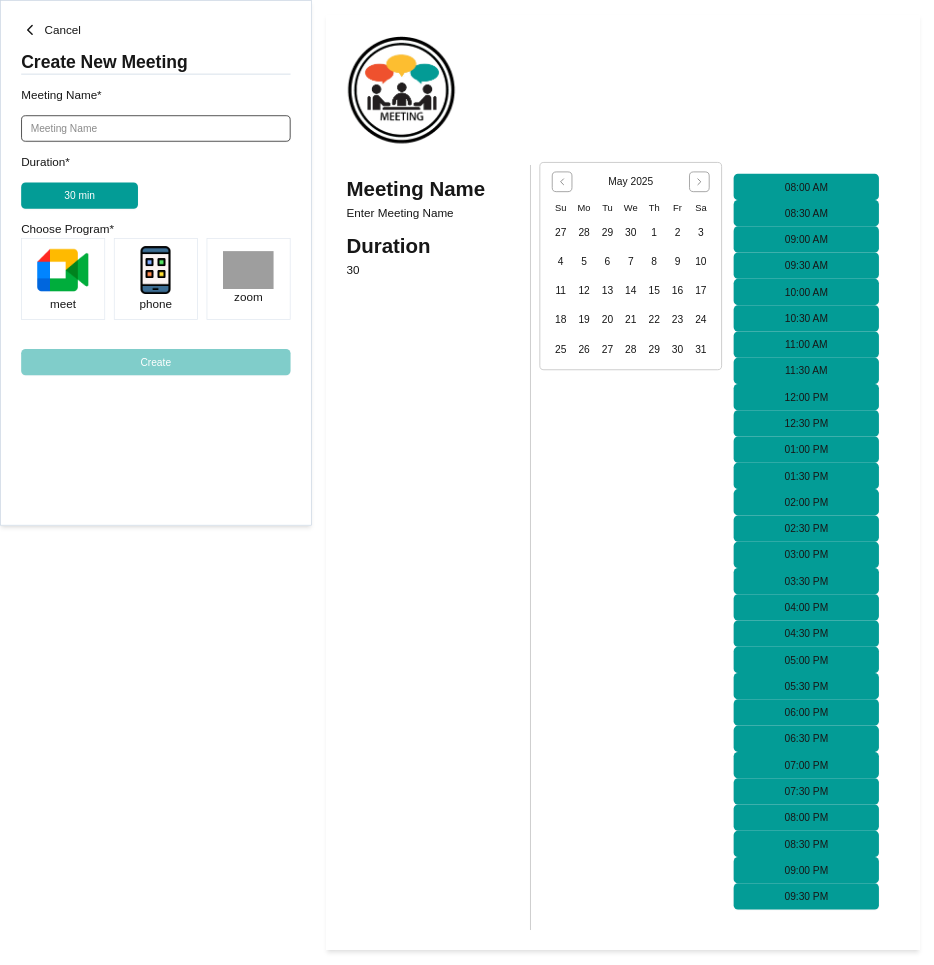
Repository: walaa-horani/scheduleMeetingNextjs
Page: /create-meeting
An editor plug-in stored every save of this project. The page is shown before and after a run of saves, followed by the edit.
The browser window is 1280 px wide. The pictures show the whole page, at 73% of full size.
Pictures or frames that could not be fetched are drawn as grey boxes. The project was rebuilt for these pictures with package versions that can differ from the ones it lists, and the page was loaded fresh each time. The framework's server and built-in components were replaced by stand-ins that run in the browser. Also part of the build but not shown: next.config.mjs.

Above is the page before, as saved 2025-05-28 21:58:47.

### app/layout.js
import { Inter, JetBrains_Mono } from "next/font/google";
import "./globals.css";

const inter = Inter({
  variable: "--font-sans",
  subsets: ["latin"],
});

const jetbrains = JetBrains_Mono({
  variable: "--font-mono",
  subsets: ["latin"],
});
export const metadata = {
  title: "Create Next App",
  description: "Generated by create next app",
};

export default function RootLayout({ children }) {
  return (
    <html lang="en">
      <body
        className={`${inter.variable} ${inter.variable} antialiased`}
      >
        {children}
      </body>
    </html>
  );
}

### app/(routes)/create-meeting/page.js
"use client"
import React, { useState } from 'react'
  import MeetingForm from './_components/MeetingForm'
import PreviewMeeting from './PreviewMeeting'
function CreateMeeting() {

      const [formValue,setFormValue] = useState()





  return (
    <div className='grid md:grid-cols-3 grid-cols-1'>

<div className=' p-3 shadow-md border border-slate-300 h-screen'>

          <MeetingForm setFormValue={setFormValue}/>
        </div>

        <div className='col-span-2'>
        <PreviewMeeting formValue={formValue}/>
        </div>
    </div>
  )
}

export default CreateMeeting

### app/(routes)/create-meeting/_components/MeetingForm.js
"use client"
import { ChevronLeft } from 'lucide-react'
import React, { useEffect, useState } from 'react'
import { Input } from '@/components/ui/input'
import { Button } from '@/components/ui/button'
import porgrams from '../../_utils/program'
import Image from 'next/image'
import {
  DropdownMenu,
  DropdownMenuContent,
  DropdownMenuItem,
  DropdownMenuLabel,
  DropdownMenuSeparator,
  DropdownMenuTrigger,
} from "@/components/ui/dropdown-menu"
import Link from 'next/link'

function MeetingForm({setFormValue}) {

    const [program,setProgram]= useState()
    const [meetingName,setMeeting] = useState()
    const [duration,setDuration] = useState(30)

    const [programsURL,setProgramsURL] = useState()



    useEffect(()=>{
      setFormValue({
        program:program,
        meetingName:meetingName,
        duration:duration,
        programsURL:programsURL

      })
    },[program,meetingName,duration,programsURL])





  return (
    <div className='p-4  '>
       <Link className='cursor-pointer' href={"/dashboard"}> <h1 className='flex gap-2 '> <ChevronLeft/> Cancel</h1></Link>
        <div>
            <h1 className='font-bold text-2xl mt-4'>Create New Meeting</h1>


            </div>

             <hr className='text-slate-300'/>

             <div className='flex flex-col gap-4 my-4'>

                <h2>Meeting Name*</h2>
                <Input onChange={(e)=> setMeeting(e.target.value)} placeholder="Meeting Name"/>
                </div>

             <div className='flex flex-col gap-4 my-4'>

                <h2>Duration*</h2>
             <Button className="max-w-40 text-white" >

                <DropdownMenu className="bg-white ">
  <DropdownMenuTrigger>{duration} min</DropdownMenuTrigger>
  <DropdownMenuContent className="bg-white border border-gray-200 shadow-lg rounded-md p-2 w-40">

    <DropdownMenuItem onClick={(e)=> setDuration(15)}>15 Min</DropdownMenuItem>
    <DropdownMenuItem onClick={(e)=> setDuration(30)}>30 Min</DropdownMenuItem>
    <DropdownMenuItem onClick={(e)=> setDuration(45)}>45 Min</DropdownMenuItem>
    <DropdownMenuItem onClick={(e)=> setDuration(60)}>60 Min</DropdownMenuItem>
  </DropdownMenuContent>
</DropdownMenu>

             </Button>
                </div>

                <div>
                   <h2>Choose Program*</h2>

                    <div  className='grid grid-cols-3 gap-3'>


                    {porgrams.map((item)=>(
                        <div onClick={()=> setProgram(item.name)} className={ `cursor-pointer hover:bg-[#e8f7f6] border-slate-200 p-2 flex flex-col justify-center border items-center ${program==item.name&&"bg-[#e8f7f6]"}`}>

                        <Image width={70} height={70} alt='image' src={item.icon}/>
                        <h2>{item.name}</h2>
                         </div>
                    ))}
                    </div>

                     {program&&
                        <>
                    <h2 className='mt-4'>Add {program} Url*</h2>
                <Input  onChange={(e)=> setProgramsURL(e.target.value)} placeholder="url"/></> }

                    </div>

                    <Button disabled={!(meetingName && duration &&programsURL &&  program)} className="mt-10 w-full text-white cursor-pointer">Create</Button>
    </div>
  )
}

export default MeetingForm

### app/(routes)/create-meeting/PreviewMeeting.js
"use client"
import React, { useEffect, useState } from 'react'
import Image from 'next/image'
import { Clock, MapPin } from 'lucide-react'
import Link from 'next/link'
import { Calendar } from "@/components/ui/calendar"
import { Button } from '@/components/ui/button'

function PreviewMeeting({formValue}) {

  const [date,setDate]= useState(new Date())
  const[timeSlotes,setTimeSlots] = useState()
  useEffect(()=>{
    formValue?.duration&&createTimeSlot(formValue?.duration)

  },[formValue])

   const createTimeSlot=(interval)=>{
        const startTime = 8 * 60; // 8 AM in minutes
        const endTime = 22 * 60; // 10 PM in minutes
        const totalSlots = (endTime - startTime) / interval;
        const slots = Array.from({ length: totalSlots }, (_, i) => {
      const totalMinutes = startTime + i * interval;
      const hours = Math.floor(totalMinutes / 60);
      const minutes = totalMinutes % 60;
      const formattedHours = hours > 12 ? hours - 12 : hours; // Convert to 12-hour format
      const period = hours >= 12 ? 'PM' : 'AM';
      return `${String(formattedHours).padStart(2, '0')}:${String(minutes).padStart(2, '0')} ${period}`;
    });

    setTimeSlots(slots);
    console.log(slots)
    }
  return (

       <div className='p-7 shadow-md   m-5'>
          <Image width={150} height={150} src="/logo.png"/>


         <div className='grid grid-cols-1 md:grid-cols-3'>

          <div className='mt-7  border-r border-[#bcbcbc]'>

             <div>

         <h2 className='font-bold text-[28px] mt-3'>Meeting Name</h2>
             <h2>{formValue?.meetingName?formValue?.meetingName:"Enter Meeting Name"}</h2>
           </div>


            <div>

         <h2 className='font-bold text-[28px] mt-3'>Duration</h2>
             <h2>{formValue?.duration?formValue?.duration:"duration"}</h2>
           </div>




          </div>


        <div className='md:col-span-2 flex p-3 mt-3'>
          <div className='flex flex-col'>


       {/* #039b95    */}
          <Calendar
              mode="single"
              selected={date}
              onSelect={setDate}
              className="rounded-md border border-[#bcbcbc]"
            />
              </div>

              <div className='flex flex-col p-4 overflow-auto w-full '>
                {timeSlotes?.map((item)=>(
                 <Button className="border-[#039b95] ">{item}</Button>
                ))}
              </div>
          </div>
         </div>
         </div>





































    //     <div className='p-7 shadow-md   m-5'>
//         <Image width={150} height={150} alt='logo' src="/logo.png"/>



//         {/* Meeting Info */}

//         <div className='grid grid-cols-1 md:grid-cols-3'>


//       <div className='mt-7  border-r border-[#bcbcbc]'>

//        <h2 className='font-bold text-[28px] text-[#039b95] '>Meeting Name</h2>
//        <h2 className='mt-6'>{formValue?.meetingName?formValue?.meetingName:"Meeting Name"}</h2>


//         <div className='flex items-center gap-2 mt-5'>
//             <Clock/> <h2> {formValue?.duration} Min</h2>
//         </div>

//         <div className='flex items-center gap-2 mt-5'>
//             <MapPin/> <h2> {formValue?.program} </h2>
//         </div>

//          <div className='mt-5'>


//         <Link  href={formValue?.programsURL?formValue?.programsURL:"#"}  className='text-blue-500 '>{formValue?.programsURL?formValue?.programsURL:"url"}</Link>
//          </div>

//     </div>
// </div>
//     <div>
//         {/* Time AND Date */}
//     </div>

//     </div>
  )
}

export default PreviewMeeting

### components/ui/input.jsx
import * as React from "react"

import { cn } from "@/lib/utils"

function Input({
  className,
  type,
  ...props
}) {
  return (
    <input
      type={type}
      data-slot="input"
      className={cn(
        "file:text-foreground placeholder:text-muted-foreground selection:bg-primary selection:text-primary-foreground dark:bg-input/30 border-input flex h-9 w-full min-w-0 rounded-md border bg-transparent px-3 py-1 text-base shadow-xs transition-[color,box-shadow] outline-none file:inline-flex file:h-7 file:border-0 file:bg-transparent file:text-sm file:font-medium disabled:pointer-events-none disabled:cursor-not-allowed disabled:opacity-50 md:text-sm",
        "focus-visible:border-ring focus-visible:ring-ring/50 focus-visible:ring-[3px]",
        "aria-invalid:ring-destructive/20 dark:aria-invalid:ring-destructive/40 aria-invalid:border-destructive",
        className
      )}
      {...props} />
  );
}

export { Input }

### components/ui/button.jsx
import * as React from "react"
import { Slot } from "@radix-ui/react-slot"
import { cva } from "class-variance-authority";

import { cn } from "@/lib/utils"

const buttonVariants = cva(
  "inline-flex items-center justify-center gap-2 whitespace-nowrap rounded-md text-sm font-medium transition-all disabled:pointer-events-none disabled:opacity-50 [&_svg]:pointer-events-none [&_svg:not([class*='size-'])]:size-4 shrink-0 [&_svg]:shrink-0 outline-none focus-visible:border-ring focus-visible:ring-ring/50 focus-visible:ring-[3px] aria-invalid:ring-destructive/20 dark:aria-invalid:ring-destructive/40 aria-invalid:border-destructive",
  {
    variants: {
      variant: {
        default:
          "bg-[#039C96] text-primary-foreground shadow-xs hover:bg-primary/90",
        destructive:
          "bg-destructive text-white shadow-xs hover:bg-destructive/90 focus-visible:ring-destructive/20 dark:focus-visible:ring-destructive/40 dark:bg-destructive/60",
        outline:
          "border bg-background shadow-xs hover:bg-accent hover:text-accent-foreground dark:bg-input/30 dark:border-input dark:hover:bg-input/50",
        secondary:
          "bg-secondary text-secondary-foreground shadow-xs hover:bg-secondary/80",
        ghost:
          "hover:bg-accent hover:text-accent-foreground dark:hover:bg-accent/50",
        link: "text-primary underline-offset-4 hover:underline",
      },
      size: {
        default: "h-9 px-4 py-2 has-[>svg]:px-3",
        sm: "h-8 rounded-md gap-1.5 px-3 has-[>svg]:px-2.5",
        lg: "h-10 rounded-md px-6 has-[>svg]:px-4",
        icon: "size-9",
      },
    },
    defaultVariants: {
      variant: "default",
      size: "default",
    },
  }
)

function Button({
  className,
  variant,
  size,
  asChild = false,
  ...props
}) {
  const Comp = asChild ? Slot : "button"

  return (
    <Comp
      data-slot="button"
      className={cn(buttonVariants({ variant, size, className }))}
      {...props} />
  );
}

export { Button, buttonVariants }

### app/(routes)/_utils/program.js
const porgrams = [
    {
        name:"meet",
        icon:"/meet.png"
    },

    {
        name:"phone",
        icon:"/app.png"
    },

    {
        name:"zoom",
        icon:"/business.png"
    },
]


export default porgrams;

### components/ui/dropdown-menu.jsx
"use client"

import * as React from "react"
import * as DropdownMenuPrimitive from "@radix-ui/react-dropdown-menu"
import { CheckIcon, ChevronRightIcon, CircleIcon } from "lucide-react"

import { cn } from "@/lib/utils"

function DropdownMenu({
  ...props
}) {
  return <DropdownMenuPrimitive.Root data-slot="dropdown-menu" {...props} />;
}

function DropdownMenuPortal({
  ...props
}) {
  return (<DropdownMenuPrimitive.Portal data-slot="dropdown-menu-portal" {...props} />);
}

function DropdownMenuTrigger({
  ...props
}) {
  return (<DropdownMenuPrimitive.Trigger data-slot="dropdown-menu-trigger" {...props} />);
}

function DropdownMenuContent({
  className,
  sideOffset = 4,
  ...props
}) {
  return (
    <DropdownMenuPrimitive.Portal>
      <DropdownMenuPrimitive.Content
        data-slot="dropdown-menu-content"
        sideOffset={sideOffset}
        className={cn(
          "bg-popover text-popover-foreground data-[state=open]:animate-in data-[state=closed]:animate-out data-[state=closed]:fade-out-0 data-[state=open]:fade-in-0 data-[state=closed]:zoom-out-95 data-[state=open]:zoom-in-95 data-[side=bottom]:slide-in-from-top-2 data-[side=left]:slide-in-from-right-2 data-[side=right]:slide-in-from-left-2 data-[side=top]:slide-in-from-bottom-2 z-50 max-h-(--radix-dropdown-menu-content-available-height) min-w-[8rem] origin-(--radix-dropdown-menu-content-transform-origin) overflow-x-hidden overflow-y-auto rounded-md border p-1 shadow-md",
          className
        )}
        {...props} />
    </DropdownMenuPrimitive.Portal>
  );
}

function DropdownMenuGroup({
  ...props
}) {
  return (<DropdownMenuPrimitive.Group data-slot="dropdown-menu-group" {...props} />);
}

function DropdownMenuItem({
  className,
  inset,
  variant = "default",
  ...props
}) {
  return (
    <DropdownMenuPrimitive.Item
      data-slot="dropdown-menu-item"
      data-inset={inset}
      data-variant={variant}
      className={cn(
        "focus:bg-accent focus:text-accent-foreground data-[variant=destructive]:text-destructive data-[variant=destructive]:focus:bg-destructive/10 dark:data-[variant=destructive]:focus:bg-destructive/20 data-[variant=destructive]:focus:text-destructive data-[variant=destructive]:*:[svg]:!text-destructive [&_svg:not([class*='text-'])]:text-muted-foreground relative flex cursor-default items-center gap-2 rounded-sm px-2 py-1.5 text-sm outline-hidden select-none data-[disabled]:pointer-events-none data-[disabled]:opacity-50 data-[inset]:pl-8 [&_svg]:pointer-events-none [&_svg]:shrink-0 [&_svg:not([class*='size-'])]:size-4",
        className
      )}
      {...props} />
  );
}

function DropdownMenuCheckboxItem({
  className,
  children,
  checked,
  ...props
}) {
  return (
    <DropdownMenuPrimitive.CheckboxItem
      data-slot="dropdown-menu-checkbox-item"
      className={cn(
        "focus:bg-accent focus:text-accent-foreground relative flex cursor-default items-center gap-2 rounded-sm py-1.5 pr-2 pl-8 text-sm outline-hidden select-none data-[disabled]:pointer-events-none data-[disabled]:opacity-50 [&_svg]:pointer-events-none [&_svg]:shrink-0 [&_svg:not([class*='size-'])]:size-4",
        className
      )}
      checked={checked}
      {...props}>
      <span
        className="pointer-events-none absolute left-2 flex size-3.5 items-center justify-center">
        <DropdownMenuPrimitive.ItemIndicator>
          <CheckIcon className="size-4" />
        </DropdownMenuPrimitive.ItemIndicator>
      </span>
      {children}
    </DropdownMenuPrimitive.CheckboxItem>
  );
}

function DropdownMenuRadioGroup({
  ...props
}) {
  return (<DropdownMenuPrimitive.RadioGroup data-slot="dropdown-menu-radio-group" {...props} />);
}

function DropdownMenuRadioItem({
  className,
  children,
  ...props
}) {
  return (
    <DropdownMenuPrimitive.RadioItem
      data-slot="dropdown-menu-radio-item"
      className={cn(
        "focus:bg-accent focus:text-accent-foreground relative flex cursor-default items-center gap-2 rounded-sm py-1.5 pr-2 pl-8 text-sm outline-hidden select-none data-[disabled]:pointer-events-none data-[disabled]:opacity-50 [&_svg]:pointer-events-none [&_svg]:shrink-0 [&_svg:not([class*='size-'])]:size-4",
        className
      )}
      {...props}>
      <span
        className="pointer-events-none absolute left-2 flex size-3.5 items-center justify-center">
        <DropdownMenuPrimitive.ItemIndicator>
          <CircleIcon className="size-2 fill-current" />
        </DropdownMenuPrimitive.ItemIndicator>
      </span>
      {children}
    </DropdownMenuPrimitive.RadioItem>
  );
}

function DropdownMenuLabel({
  className,
  inset,
  ...props
}) {
  return (
    <DropdownMenuPrimitive.Label
      data-slot="dropdown-menu-label"
      data-inset={inset}
      className={cn("px-2 py-1.5 text-sm font-medium data-[inset]:pl-8", className)}
      {...props} />
  );
}

function DropdownMenuSeparator({
  className,
  ...props
}) {
  return (
    <DropdownMenuPrimitive.Separator
      data-slot="dropdown-menu-separator"
      className={cn("bg-border -mx-1 my-1 h-px", className)}
      {...props} />
  );
}

function DropdownMenuShortcut({
  className,
  ...props
}) {
  return (
    <span
      data-slot="dropdown-menu-shortcut"
      className={cn("text-muted-foreground ml-auto text-xs tracking-widest", className)}
      {...props} />
  );
}

function DropdownMenuSub({
  ...props
}) {
  return <DropdownMenuPrimitive.Sub data-slot="dropdown-menu-sub" {...props} />;
}

function DropdownMenuSubTrigger({
  className,
  inset,
  children,
  ...props
}) {
  return (
    <DropdownMenuPrimitive.SubTrigger
      data-slot="dropdown-menu-sub-trigger"
      data-inset={inset}
      className={cn(
        "focus:bg-accent focus:text-accent-foreground data-[state=open]:bg-accent data-[state=open]:text-accent-foreground flex cursor-default items-center rounded-sm px-2 py-1.5 text-sm outline-hidden select-none data-[inset]:pl-8",
        className
      )}
      {...props}>
      {children}
      <ChevronRightIcon className="ml-auto size-4" />
    </DropdownMenuPrimitive.SubTrigger>
  );
}

function DropdownMenuSubContent({
  className,
  ...props
}) {
  return (
    <DropdownMenuPrimitive.SubContent
      data-slot="dropdown-menu-sub-content"
      className={cn(
        "bg-popover text-popover-foreground data-[state=open]:animate-in data-[state=closed]:animate-out data-[state=closed]:fade-out-0 data-[state=open]:fade-in-0 data-[state=closed]:zoom-out-95 data-[state=open]:zoom-in-95 data-[side=bottom]:slide-in-from-top-2 data-[side=left]:slide-in-from-right-2 data-[side=right]:slide-in-from-left-2 data-[side=top]:slide-in-from-bottom-2 z-50 min-w-[8rem] origin-(--radix-dropdown-menu-content-transform-origin) overflow-hidden rounded-md border p-1 shadow-lg",
        className
      )}
      {...props} />
  );
}

export {
  DropdownMenu,
  DropdownMenuPortal,
  DropdownMenuTrigger,
  DropdownMenuContent,
  DropdownMenuGroup,
  DropdownMenuLabel,
  DropdownMenuItem,
  DropdownMenuCheckboxItem,
  DropdownMenuRadioGroup,
  DropdownMenuRadioItem,
  DropdownMenuSeparator,
  DropdownMenuShortcut,
  DropdownMenuSub,
  DropdownMenuSubTrigger,
  DropdownMenuSubContent,
}

### components/ui/calendar.jsx
"use client"

import * as React from "react"
import { ChevronLeft, ChevronRight } from "lucide-react"
import { DayPicker } from "react-day-picker"

import { cn } from "@/lib/utils"
import { buttonVariants } from "@/components/ui/button"

function Calendar({
  className,
  classNames,
  showOutsideDays = true,
  ...props
}) {
  return (
    <DayPicker
      showOutsideDays={showOutsideDays}
      className={cn("p-3", className)}
      classNames={{
        months: "flex flex-col sm:flex-row gap-2",
        month: "flex flex-col gap-4",
        caption: "flex justify-center pt-1 relative items-center w-full",
        caption_label: "text-sm font-medium",
        nav: "flex items-center gap-1",
        nav_button: cn(
          buttonVariants({ variant: "outline" }),
          "size-7 bg-transparent p-0 opacity-50 hover:opacity-100"
        ),
        nav_button_previous: "absolute left-1",
        nav_button_next: "absolute right-1",
        table: "w-full border-collapse space-x-1",
        head_row: "flex",
        head_cell:
          "text-muted-foreground rounded-md w-8 font-normal text-[0.8rem]",
        row: "flex w-full mt-2",
        cell: cn(
          "relative p-0 text-center text-sm focus-within:relative focus-within:z-20 [&:has([aria-selected])]:bg-accent [&:has([aria-selected].day-range-end)]:rounded-r-md",
          props.mode === "range"
            ? "[&:has(>.day-range-end)]:rounded-r-md [&:has(>.day-range-start)]:rounded-l-md first:[&:has([aria-selected])]:rounded-l-md last:[&:has([aria-selected])]:rounded-r-md"
            : "[&:has([aria-selected])]:rounded-md"
        ),
        day: cn(
          buttonVariants({ variant: "ghost" }),
          "size-8 p-0 font-normal aria-selected:opacity-100"
        ),
        day_range_start:
          "day-range-start aria-selected:bg-primary aria-selected:text-primary-foreground",
        day_range_end:
          "day-range-end aria-selected:bg-primary aria-selected:text-primary-foreground",
        day_selected:
          "bg-primary text-primary-foreground hover:bg-primary hover:text-primary-foreground focus:bg-primary focus:text-primary-foreground",
        day_today: "bg-accent text-accent-foreground",
        day_outside:
          "day-outside text-muted-foreground aria-selected:text-muted-foreground",
        day_disabled: "text-muted-foreground opacity-50",
        day_range_middle:
          "aria-selected:bg-accent aria-selected:text-accent-foreground",
        day_hidden: "invisible",
        ...classNames,
      }}
      components={{
        IconLeft: ({ className, ...props }) => (
          <ChevronLeft className={cn("size-4", className)} {...props} />
        ),
        IconRight: ({ className, ...props }) => (
          <ChevronRight className={cn("size-4", className)} {...props} />
        ),
      }}
      {...props} />
  );
}

export { Calendar }

Loaded but not shown: app/globals.css (common file); lib/utils.js (common file)

After the next 2 saves:
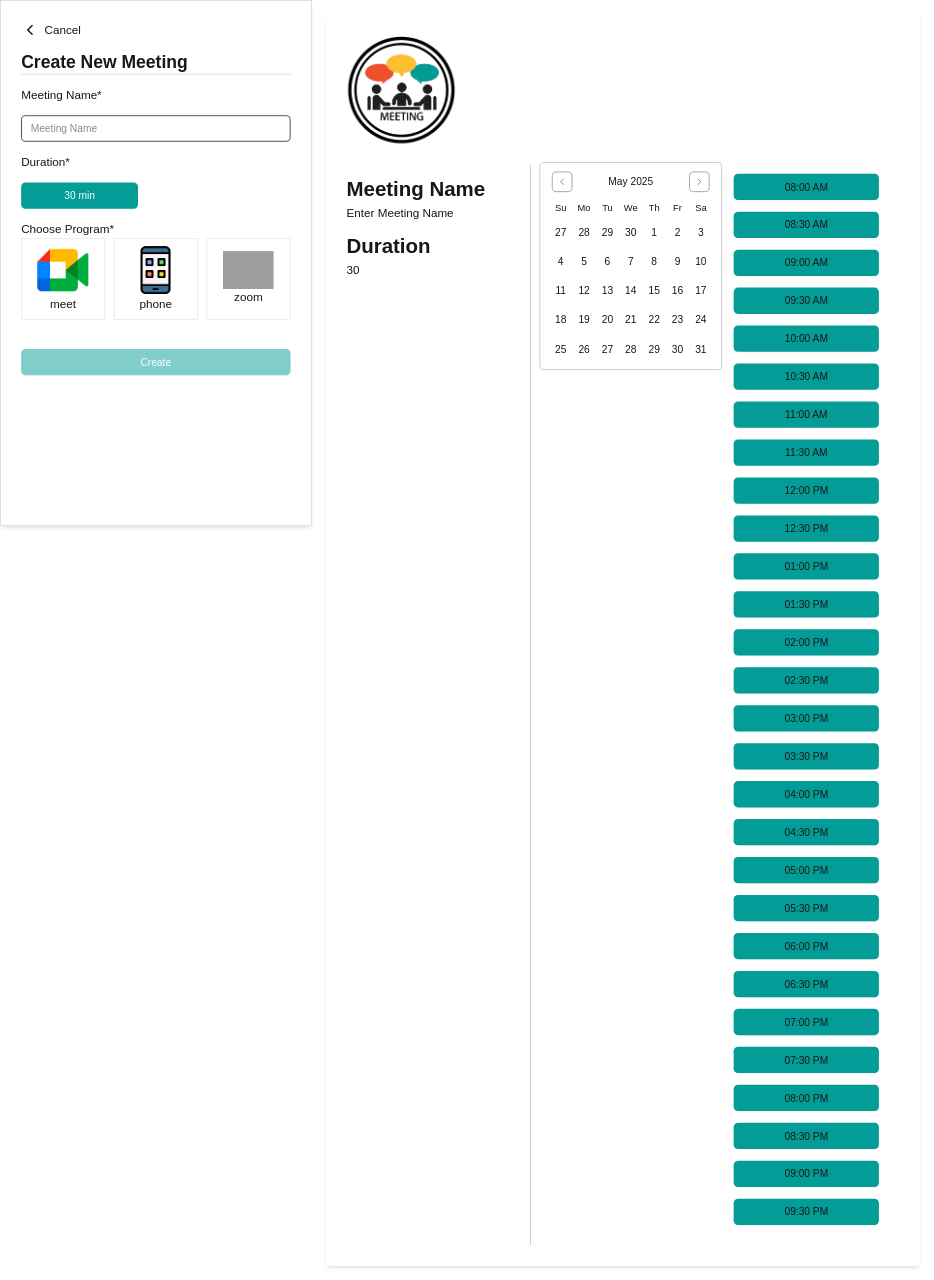
The 2 saves are shown as one change because they came seconds apart.
The last was saved 25 s later.
--- a/app/(routes)/create-meeting/PreviewMeeting.js
+++ b/app/(routes)/create-meeting/PreviewMeeting.js
@@ -73,7 +73,7 @@
             />
               </div>
 
-              <div className='flex flex-col p-4 overflow-auto w-full '>
+              <div className='flex flex-col p-4 overflow-auto gap-4 w-full '>
                 {timeSlotes?.map((item)=>(
                  <Button className="border-[#039b95] ">{item}</Button>
                 ))}
